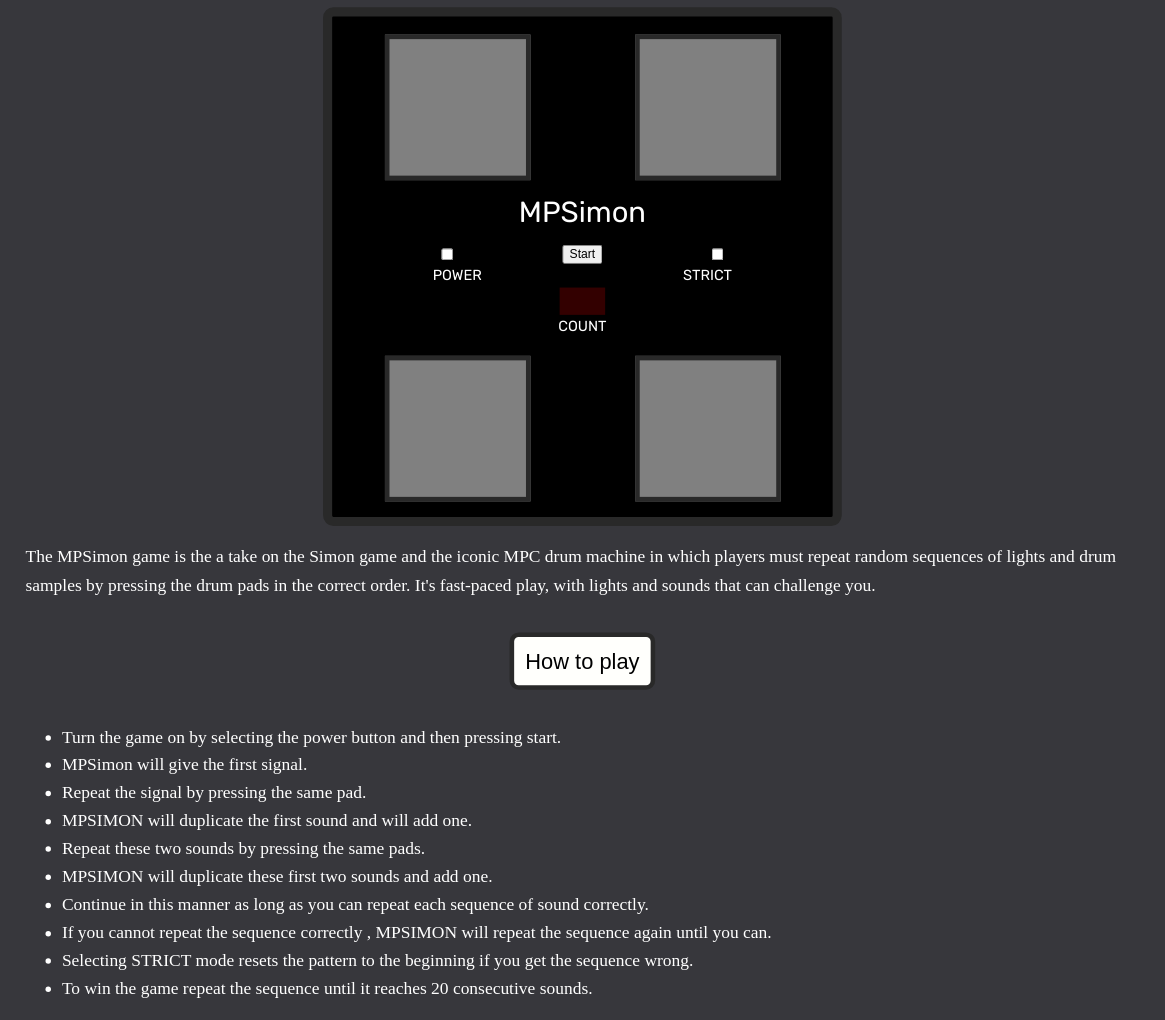
Repository: Neilfoster/MPSimon
Page: index.html
The author's editor kept a record of every edit. The page is drawn from the files as they stood at one moment, then again after the next edit.
The browser window is 1280 px wide. The pictures show the whole page, at 91% of full size.

Above is the page before.

### index.html
<!DOCTYPE html>

<html>

<head>
    <meta charset="UTF-8">
    <meta http-equiv="X-UA-Compatible" content="IE=edge,chrome=1">
    <meta name="viewport" content="width=device-width,initial-scale=1">
    <link href="https://fonts.googleapis.com/css?family=Rubik&display=swap" rel="stylesheet">
    <title>MPSimon</title>
    <link rel="stylesheet" href="css/style.css">
    <audio id="clip1">
      <source src="audio/hat.mp3"></source>
    </audio>
    <audio id="clip2">
      <source src="audio/kick.mp3"></source>
    </audio>
    <audio id="clip3">
      <source src="audio/snare1.mp3"></source>
    </audio>
    <audio id="clip4">
      <source src="audio/snare2.mp3"></source>
    </audio>
</head>

<body>
    <div id="outer-box">
        <div id="top-row">
            <div id="top-left"></div>
            <div id="top-right"></div>
        </div>
        <div id="inner-box">
            <div id="title" class="text-effect">MPSimon</div>
            <div id="switches">
                <input type="checkbox" class="toggle" id="on">
                <button type="button" id="start">Start</button>
                <input type="checkbox" class="toggle" id="strict">
            </div>
            <div class="text1">
                <span>POWER</span>
                <span>STRICT</span>
            </div>
            <div id="turn"></div>
            <div class="text2">
                COUNT
            </div>
        </div>
        <div id="bottom-row">
            <div id="bottom-left"></div>
            <div id="bottom-right"></div>
        </div>
    </div>

    <div class="rules">
        <p>The MPSimon game is the a take on the Simon game and the iconic MPC drum machine
        in which players must repeat random sequences of lights and drum samples by pressing the
        drum pads in the correct order. It's fast-paced play, with lights and
        sounds that can challenge you.</p>
        <button id="modalBtn" class="button">How to play</button>
        <div id="ruleModal" class="modal">
            <div class="modal-content">
                <span class="closeBtn">&times;</span>
            </div>

        </div>
        <ul>
        <li>Turn the game on by selecting the power button and then pressing start.</li>
        <li>MPSimon will give the first signal.</li>
        <li>Repeat the signal by pressing the same pad.</li>
         <li>MPSIMON will duplicate the first sound and will add one.</li>
         <li>Repeat these two sounds by pressing the same pads.</li>
         <li>MPSIMON will duplicate these first two sounds and add one.</li>
         <li>Continue in this manner as long as you can repeat each sequence of sound correctly.</li>
         <li>If you cannot repeat the sequence correctly , MPSIMON will repeat the sequence again until you can.</li>
         <li>Selecting STRICT mode resets the pattern to the beginning if you get the sequence wrong.</li>
         <li>To win the game repeat the sequence until it reaches 20 consecutive sounds.</li>
        </ul>
    </div>
    <script src="js/index.js"></script>
</body>

</html>

### css/style.css
body {
  color:white;
  font-family: 'Rubik', sans-serif;
  line-height: 1.6;
  /*background-image: url("../images/image-2.jpg");*/
  background-color:#37373c;
  background-position: center;
  background-repeat: no-repeat;
  background-size: cover;
}
.header{
  margin:2% 20%;
  padding: 0 5% ;
  border-radius: 10px;
  background: rgba(0,0,0,0.7);
}
.head-title{
  text-align:center;
  font-size:2rem;
  font-family: 'Rubik', sans-serif;
}
#outer-box {
  border: 10px solid #292929 ;
  border-radius: 2%;
  height:550px;
  width:550px;
  margin: auto;
  background-color: black
}
#top-row{
  display: flex;
  flex-direction: row;
  justify-content: space-around;
  margin-top:20px;
}
#bottom-row{
  display: flex;
  flex-direction: row;
  justify-content: space-around;
  margin-top:20px;
}
#inner-box{
  display: flex;
  flex-direction: column;
  justify-content: center;
}
#switches{
  display: flex;
  flex-direction: row;
  justify-content: center;
  }
#top-left {
  border:5px solid #292929;
  height:150px;
  width: 150px;
  background-color: grey;
}
#top-right {
  border: 5px solid #292929;
  height:150px;
  width: 150px;
  background-color: grey;
}
#bottom-left {
  border:5px solid #292929;
  height:150px;
  width: 150px;
  background-color: grey;
}
#bottom-right {
  border: 5px solid #292929;
  height:150px;
  width: 150px;
  background-color: grey;
}
#title {
  display: flex;
  flex-direction: row;
  justify-content: center;
  font-size: 2rem;
  padding: 10px 5px;
}
#turn {
  background: #330000;
  color: red;
  font-family: courier;
  font-size: 20px;
  height: 30px;
  width: 50px;
  text-align: center;
  vertical-align: middle;
  line-height: 30px;
  margin: auto;
}
.toggle {
  margin: auto;
}
.text1 {
  margin: 0;
  display: flex;
  flex-direction: row;
  justify-content: space-around;
  align-items: baseline;
}
.text2 {
  margin: auto;
}
.rules {
  padding: 0px 20px;
}

/*Button*/
.button {
  background-color:#fffffc;
 margin: 3% auto;
  font-size: 1.5rem;
  padding:1%;
  color: #000;
  border-radius:10px;
  display: block;
  text-align: center;
  border:5px solid #292929;
  }
.button:hover{
  background:#333;
}

/*modal*/
.modal{
  display: none;
  position: fixed;
  z-index: 1;
  left:0;top:0;
  height: 100%;
  width:100%;
  overflow: auto;
  background-color: rgba(0,0,0,0.7);
}
.modal-content{
  background-color: #f4f4f4;
  margin: 20% auto;
  color:black;
  width:60%;
  box-shadow: 0 5px 8px 0 rgba(0,0,0,0.2),
              0 7px 20px 0 rgba(0,0,0,0.2);
  animation-name: modalopen;
  animation-duration: 1s;
}
.modal-header{
  background:grey;
  padding:15px;
  color:#fff;
  text-align: center;
}
.modal-body{
  padding: 10px 20px;
}
.closeBtn{
  color: #fff;
  float:right;
  font-size:30px;
}
.closeBtn:hover,.closeBtn:focus{
  color:#000;
  text-decoration:none;
  cursor:pointer;
}
.rules {
  font-family: 'Merriweather', serif;
  font-size:1.2rem;
  display: block;
}
@keyframes modalopen{
  from{ opacity: 0}
  to {opacity: 1}
}


@media only screen and (max-width: 768px) {
  #outer-box {
  border: 10px solid #292929 ;
  border-radius: 2%;
  height:800px;
  width:500px;
  margin: auto;
  background-color: black
}
#inner-box{
  padding:20% 0;
}
.header {
  display:none;
}
}

### js/index.js
//variables
let order = [] ;
let playerOrder = [] ;
let flash ;
let turn ;
let good ;
let compTurn ;
let intervalID ;
let strict = false ;
let noise = true ;
let on = false ;
let win ;

const turnCounter = document.getElementById("turn");
const topLeft = document.getElementById("top-left");
const topRight = document.getElementById("top-right");
const bottomLeft = document.getElementById("bottom-left");
const bottomRight = document.getElementById("bottom-right");
const strictButton = document.getElementById("strict");
const onButton = document.getElementById("on");
const startButton = document.getElementById("start");
// Strick mode setting
strictButton.addEventListener('click', (event) => {
  if (strictButton.checked == true) {
    strict = true;
  } else {
    strict = false;
  }
});
// Counter
onButton.addEventListener('click', (event) => {
  if (onButton.checked == true) {
    on = true;
    turnCounter.innerHTML = "-";
  } else {
    on = false;
    turnCounter.innerHTML = "";
    clearColor();
    clearInterval(intervalId);
  }
});
//Start Button
startButton.addEventListener('click', (event) => {
  if (on || win) {
    play();
  }
});
// Gameplay function
function play() {
  win = false;
  order = [];
  playerOrder = [];
  flash = 0;
  intervalId = 0;
  turn = 1;
  turnCounter.innerHTML = 1;
  good = true;
  for (var i = 0; i < 20; i++) {
    order.push(Math.floor(Math.random() * 4) + 1);
  }
  compTurn = true;
  intervalId = setInterval(gameTurn, 800);
}

function gameTurn() {
  on = false;

  if (flash == turn) {
    clearInterval(intervalId);
    compTurn = false;
    clearColor();
    on = true;
  }

  if (compTurn) {
    clearColor();
    setTimeout(() => {
      if (order[flash] == 1) one();
      if (order[flash] == 2) two();
      if (order[flash] == 3) three();
      if (order[flash] == 4) four();
      flash++;
    }, 200);
  }
}
//pads
function one (){
  if (noise) {
    let audio = document.getElementById('clip1');
    audio.play();
  }
  noise = true;
  topLeft.style.backgroundColor = "#63a785";
}

function two (){
  if (noise) {
    let audio = document.getElementById('clip2');
    audio.play();
  }
  noise = true;
  topRight.style.backgroundColor = "#a76b6b";
}

function three (){
  if (noise) {
    let audio = document.getElementById('clip3');
    audio.play();
  }
  noise = true;
  bottomLeft.style.backgroundColor = "#9da76b";
}

function four (){
  if (noise) {
    let audio = document.getElementById('clip4');
    audio.play();
  }
  noise = true;
  bottomRight.style.backgroundColor = "#6c6ba7";
}

 function clearColor() {
   topLeft.style.backgroundColor = "grey";
   topRight.style.backgroundColor = "grey";
   bottomRight.style.backgroundColor = "grey";
   bottomLeft.style.backgroundColor = "grey";
}
function flashColor() {
  topLeft.style.backgroundColor = "#63a785";
  topRight.style.backgroundColor = "#a76b6b";
  bottomRight.style.backgroundColor = "#9da76b";
  bottomLeft.style.backgroundColor = "#6c6ba7";
}
//Clear flash on pads
topLeft.addEventListener('click', (event) => {
  if (on) {
    playerOrder.push(1);
    check();
    one();
    if(!win) {
      setTimeout(() => {
        clearColor();
      }, 300);
    }
  }
})

topRight.addEventListener('click', (event) => {
  if (on) {
    playerOrder.push(2);
    check();
    two();
    if(!win) {
      setTimeout(() => {
        clearColor();
      }, 300);
    }
  }
})

bottomLeft.addEventListener('click', (event) => {
  if (on) {
    playerOrder.push(3);
    check();
    three();
    if(!win) {
      setTimeout(() => {
        clearColor();
      }, 300);
    }
  }
})

bottomRight.addEventListener('click', (event) => {
  if (on) {
    playerOrder.push(4);
    check();
    four();
    if(!win) {
      setTimeout(() => {
        clearColor();
      }, 300);
    }
  }
})
// Function to check if order correct
function check() {
  if (playerOrder[playerOrder.length - 1] !== order[playerOrder.length - 1])
    good = false;

  if (playerOrder.length ==20 && good) {
    winGame();
  }

  if (good == false) {
    flashColor();
    turnCounter.innerHTML = "NO!";
    setTimeout(() => {
      turnCounter.innerHTML = turn;
      clearColor();
// Strict mode
      if (strict) {
        play();
      } else {
        compTurn = true;
        flash = 0;
        playerOrder = [];
        good = true;
        intervalId = setInterval(gameTurn, 800);
      }
    }, 800);

    noise = false;
  }

  if (turn == playerOrder.length && good && !win) {
    turn++;
    playerOrder = [];
    compTurn = true;
    flash = 0;
    turnCounter.innerHTML = turn;
    intervalId = setInterval(gameTurn, 800);
  }

}
// Function for winning game
function winGame() {
  flashColor();
  turnCounter.innerHTML = "WIN!";
  on = false;
  win = true;
}

////Modal

// Get Modal Element
let modal = document.getElementById("ruleModal");
// Get open modal button
let modalBtn = document.getElementById("modalBtn");
// get close button
let closeBtn = document.getElementsByClassName("closeBtn")[0];

//Listen for  open click
modalBtn.addEventListener('click',openModal);
//Listen for close click
closeBtn.addEventListener('click',closeModal);
//Listen for outside click
window.addEventListener('click', clickOutside)
// Function to open modal
function openModal(){
  modal.style.display = 'block' ;
}
// Function to close modal
function closeModal(){
  modal.style.display = 'none' ;
}
// Function to close modal if outside click
function clickOutside(e){
  if(e.target == modal){
  modal.style.display = 'none' ;
  }
}

After the next edit:
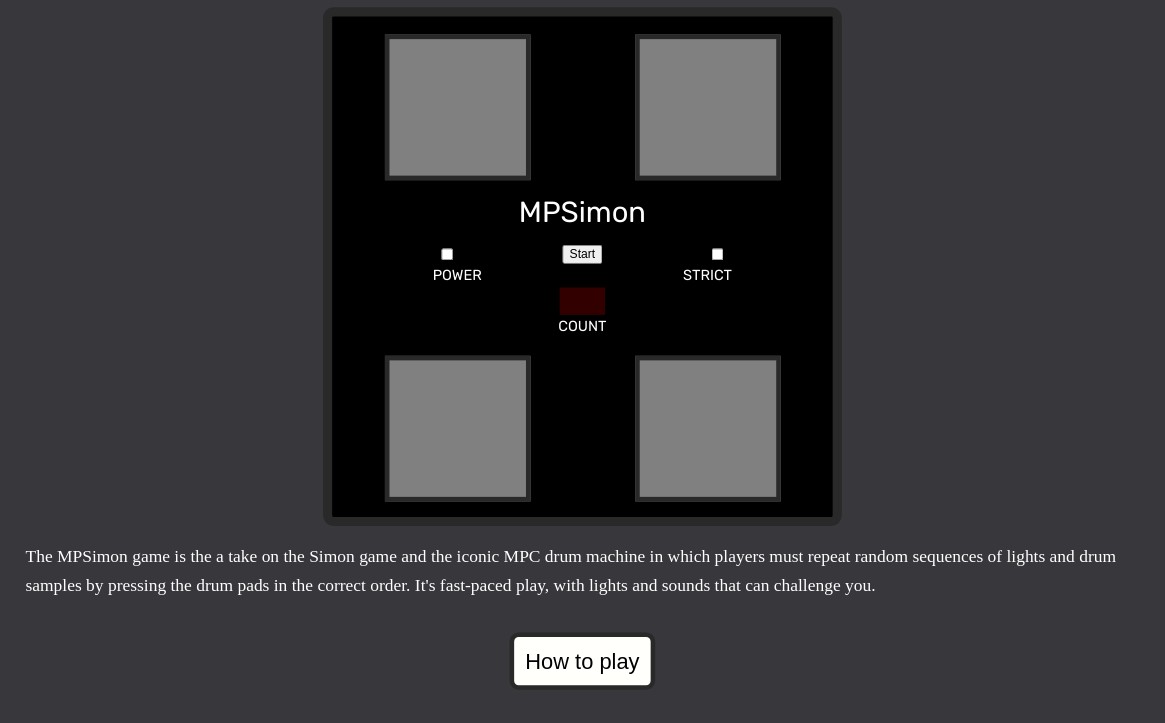
The edit:
--- a/index.html
+++ b/index.html
@@ -52,29 +52,29 @@
     </div>
 
     <div class="rules">
-        <p>The MPSimon game is the a take on the Simon game and the iconic MPC drum machine
-        in which players must repeat random sequences of lights and drum samples by pressing the
-        drum pads in the correct order. It's fast-paced play, with lights and
-        sounds that can challenge you.</p>
+        <p>The MPSimon game is the a take on the Simon game and the iconic MPC drum machine in which players must repeat random sequences of lights and drum samples by pressing the drum pads in the correct order. It's fast-paced play, with lights and sounds
+            that can challenge you.</p>
         <button id="modalBtn" class="button">How to play</button>
         <div id="ruleModal" class="modal">
             <div class="modal-content">
+                <div class="modal-header">
+                   <span class="closeBtn">&times;</span>
+                </div>
                 <span class="closeBtn">&times;</span>
+                <ul>
+                    <li>Turn the game on by selecting the power button and then pressing start.</li>
+                    <li>MPSimon will give the first signal.</li>
+                    <li>Repeat the signal by pressing the same pad.</li>
+                    <li>MPSIMON will duplicate the first sound and will add one.</li>
+                    <li>Repeat these two sounds by pressing the same pads.</li>
+                    <li>MPSIMON will duplicate these first two sounds and add one.</li>
+                    <li>Continue in this manner as long as you can repeat each sequence of sound correctly.</li>
+                    <li>If you cannot repeat the sequence correctly , MPSIMON will repeat the sequence again until you can.</li>
+                    <li>Selecting STRICT mode resets the pattern to the beginning if you get the sequence wrong.</li>
+                    <li>To win the game repeat the sequence until it reaches 20 consecutive sounds.</li>
+                </ul>
             </div>
-
         </div>
-        <ul>
-        <li>Turn the game on by selecting the power button and then pressing start.</li>
-        <li>MPSimon will give the first signal.</li>
-        <li>Repeat the signal by pressing the same pad.</li>
-         <li>MPSIMON will duplicate the first sound and will add one.</li>
-         <li>Repeat these two sounds by pressing the same pads.</li>
-         <li>MPSIMON will duplicate these first two sounds and add one.</li>
-         <li>Continue in this manner as long as you can repeat each sequence of sound correctly.</li>
-         <li>If you cannot repeat the sequence correctly , MPSIMON will repeat the sequence again until you can.</li>
-         <li>Selecting STRICT mode resets the pattern to the beginning if you get the sequence wrong.</li>
-         <li>To win the game repeat the sequence until it reaches 20 consecutive sounds.</li>
-        </ul>
     </div>
     <script src="js/index.js"></script>
 </body>
